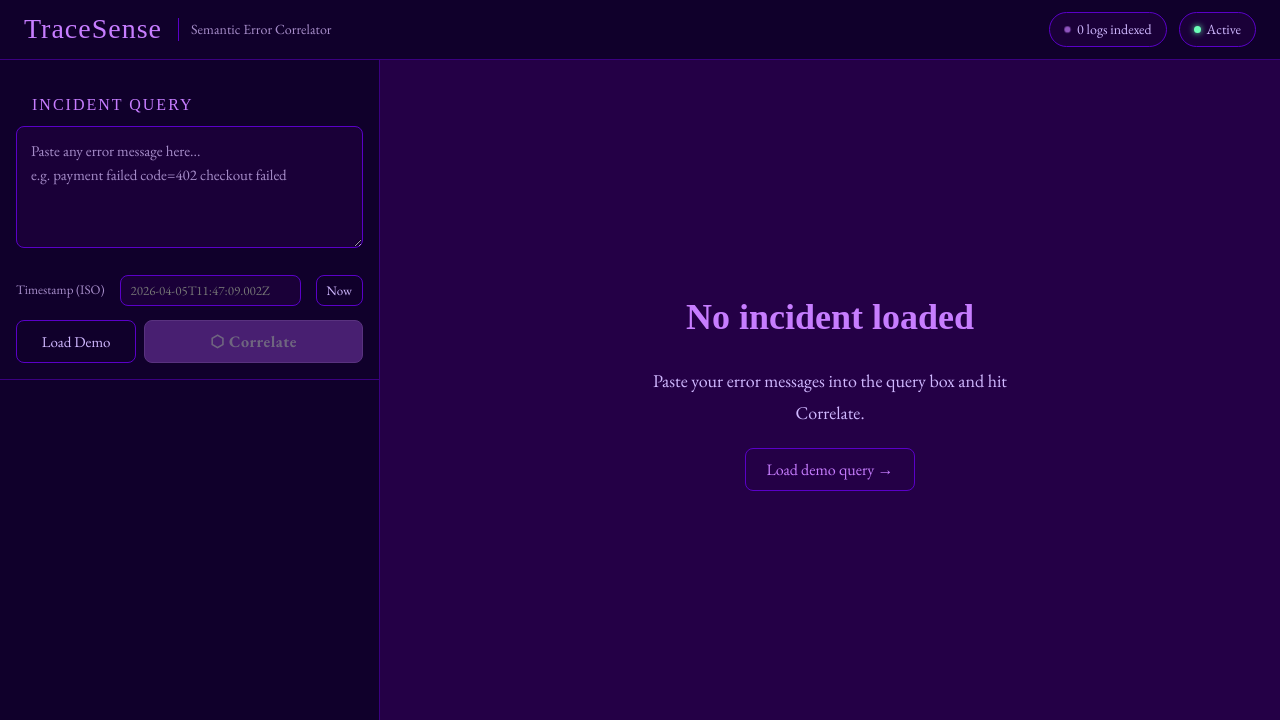
Repository: SaranyaM15/AI_Engineer_Journey
Page: / (app in tracesense/frontend/)
The author's editor kept a copy of each file at every save. The page is drawn from the files as they stood at one save, then again after the next save.
The browser window is 1280 px wide. The pictures show the whole page.
The page's requests for data from a server got no answer. Some web fonts or font styles are not loaded; a fallback is used. The project was rebuilt for these pictures with package versions that can differ from the ones it lists, and the page was loaded fresh each time. No one was signed in, and anything a server would have sent is missing. Also part of the build but not shown: tracesense/frontend/vite.config.js, tracesense/frontend/src/components/Timeline.jsx, tracesense/frontend/src/components/LogFeed.jsx.

Above is the page before, as saved 2026-04-05 19:19:28.

After the next save:
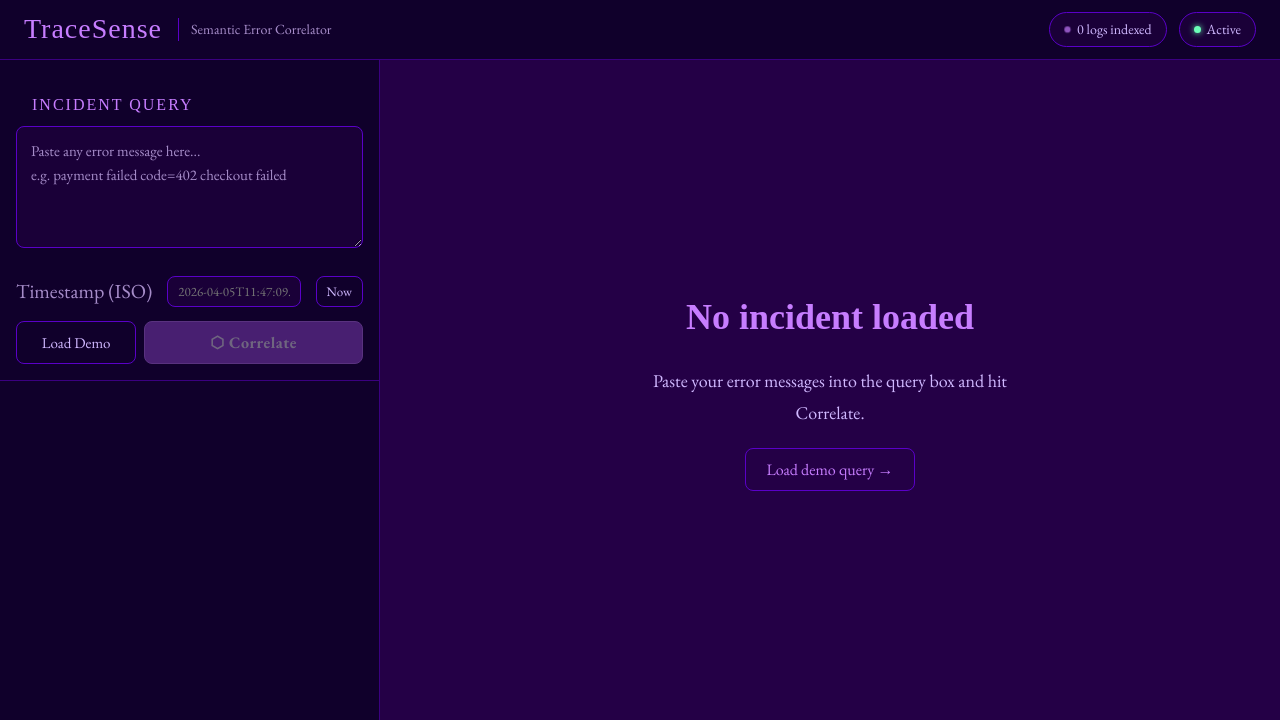
Saved 46 s later.
--- a/tracesense/frontend/src/App.css
+++ b/tracesense/frontend/src/App.css
@@ -167,7 +167,7 @@ body {
 
 .ts-label {
   font-family: var(--garamond);
-  font-size:   13px;
+  font-size:   20px;
   color:       var(--text3);
   white-space: nowrap;
 }
